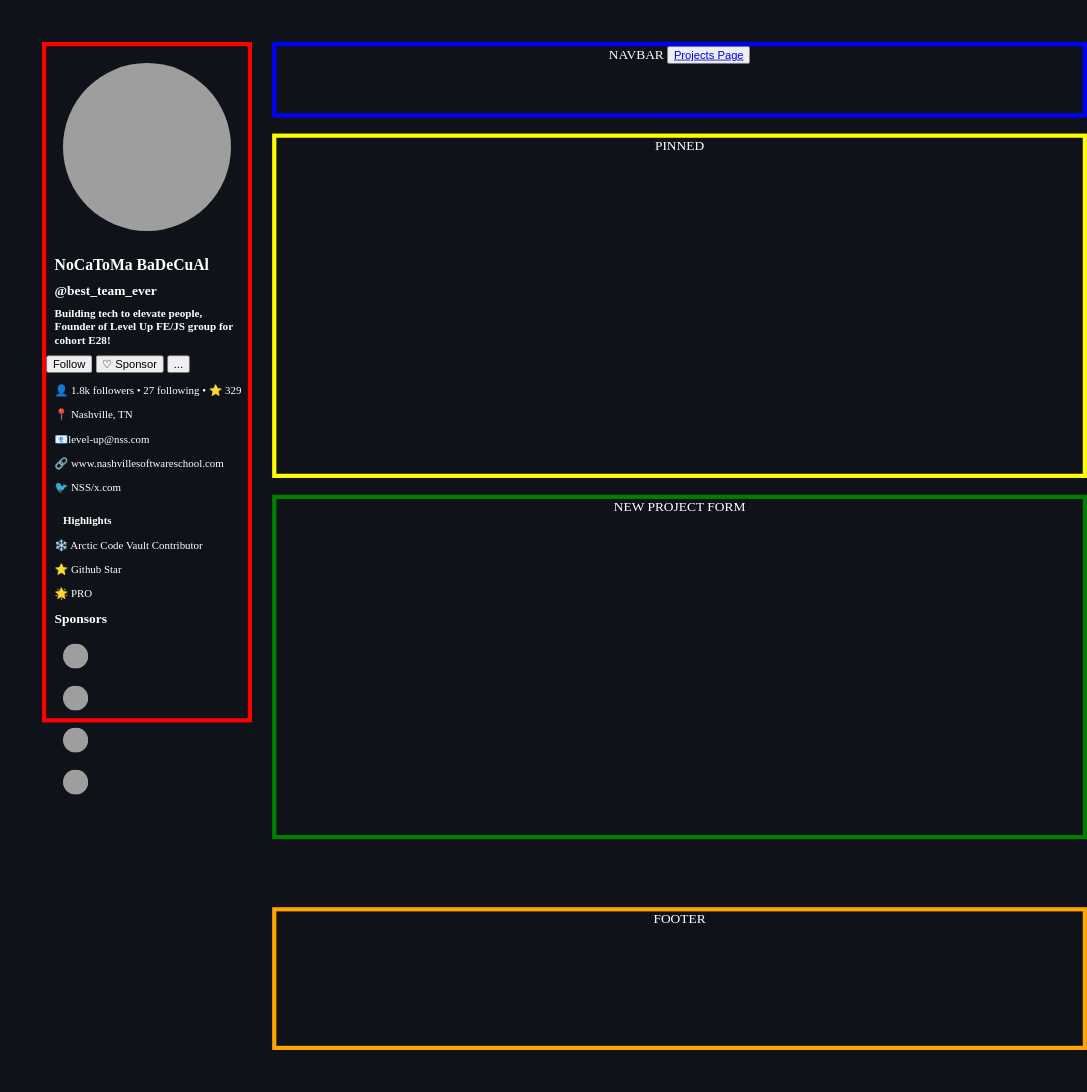
Repository: nss-evening-cohort-28/nss-evening-cohort-28-classroom-gitsub-Q1-project-gitsub
Page: index.html
An editor plug-in stored every save of this project. The page is shown before and after the next save, followed by the edit.
The browser window is 1280 px wide. The page is 1294 px wide, so the pictures cover 1294 px, including what lies to the right of the window. The pictures show the whole page, at 84% of full size.
Pictures or frames that could not be fetched are drawn as grey boxes.

Above is the page before, as saved 2024-08-07 20:57:59.

### index.html
<!DOCTYPE html>
<html lang="en">
<head>
    <meta charset="UTF-8">
    <meta name="viewport" content="width=device-width, initial-scale=1.0">
    <link rel="stylesheet" href="main.css">
    <title>Document</title>
</head>
<body>
    <div class="flexContainer">
        <div class="profile">
          <div class="top-section">
            <img src="https://media.tenor.com/GliBTZeL1kQAAAAM/%D0%BC%D0%BE%D0%B9-%D0%B4%D0%B5%D0%B4.gif" class="card-img-top" >
            <div class="profile-info">
            <h3>NoCaToMa BaDeCuAl</h3>
            <h4>@best_team_ever</h4>
            <h5>Building tech to elevate people, Founder of Level Up FE/JS group for cohort E28!</h5>
            </div>
            <div class="profile-section-buttons">
              <div class="d-grid gap-2 d-md-block">
                <button class="btn btn-primary" type="button">Follow</button>
                <button class="btn btn-primary" type="button">♡ Sponsor</button>
                <button class="btn btn-primary" type="button">...</button>
              </div>
            </div>
            <div class="profile-body">
              <p>👤 1.8k followers • 27 following • ⭐️ 329</p>
              <p>📍 Nashville, TN</p>
              <p>📧level-up@nss.com</p>
              <p>🔗 www.nashvillesoftwareschool.com</p>
              <p>🐦 NSS/x.com</p>
            </div>
          </div>
          <div class="middle-section">
            <h4>Highlights</h4>
            <p>❄️ Arctic Code Vault Contributor</p>
            <p>⭐️ Github Star</p>
            <p>🌟 PRO</p>
          </div>
          <div class="bottom-section">
            <h4>Sponsors</h4>
            <img src="https://avatars.githubusercontent.com/u/31261276?s=100&v=4" class="sponsor-pic">
            <img src="https://avatars.githubusercontent.com/u/137121714?s=100&v=4" class="sponsor-pic">
            <img src="https://avatars.githubusercontent.com/u/173638175?s=100&v=4" class="sponsor-pic">
            <img src="https://avatars.githubusercontent.com/u/107224963?s=100&v=4" class="sponsor-pic">
          </div>
        </div>
        <div class="flexContainer">
            <div class="navBar">NAVBAR
              <button><a href="projects.html">
                Projects Page
              </a></button>
            </div>
            <div class="pinned">PINNED</div>
            <div class="newProject">NEW PROJECT FORM</div>
            <div class="footer">FOOTER</div>
        </div>
    </div>
    <script src="main.js"></script>
</body>
</html>

### main.css
body {
    background-color: #0F1218;
    text-align: center;
    margin: 50px;
    width: 1200px;
    color: white;
}

.flexContainer {
    display: flex;
    flex-wrap: wrap;
    flex-direction: column;
    max-width: 75rem;
    height: 75rem;
    gap: 2%;
}

.profile {
    border: 5px solid red;
    width: 15rem;
    height: 50rem;
    text-align: left;

}

.navBar {
    border: 5px solid blue;
    width: 60rem;
    height: 5rem;
}

.pinned {
    border: 5px solid yellow;
    width: 60rem;
    height: 25rem;
    margin-top: 2%;
}

.newProject {
    border: 5px solid green;
    width: 60rem;
    height: 25rem;
    margin-top: 2%;
}

.footer {
    border: 5px solid orange;
    width: 60rem;
    height: 10rem;
    margin-top: auto;
    align-self: flex-end;
}

#footerContainer {
    display: flex;
    align-self: flex-end;

}

/* Noah Styling: Profile Section Start*/
h3, h4, h5 {
    margin: 10px;
}

.top-section {
    display: flex;
    flex-wrap: wrap;
    justify-content: flex-start;
    margin: 0px;
}

.card-img-top {
    display: flex;
    flex-wrap: wrap;
    justify-content: space-around;
    border-radius: 50%;
    height: 200px;
    width: 200px;
    margin: 20px;
  }

  .sponsor-pic {
    display: flex;
    flex-wrap: wrap;
    flex-direction: row;
    justify-content: space-around;
    border-radius: 50%;
    height: 30px;
    width: 30px;
    margin: 20px;
  }

  .profile-body {
    font-size: small;
    margin: 0px 0px 0px 10px;
    padding: 0px;
  }

  .middle-section {
    font-size: small;
    margin-left: 10px;
  }
/* Noah Styling: Profile Section End */

Loaded but not shown: main.js (no copy from this time; the picture is the same without it)

After the next save:
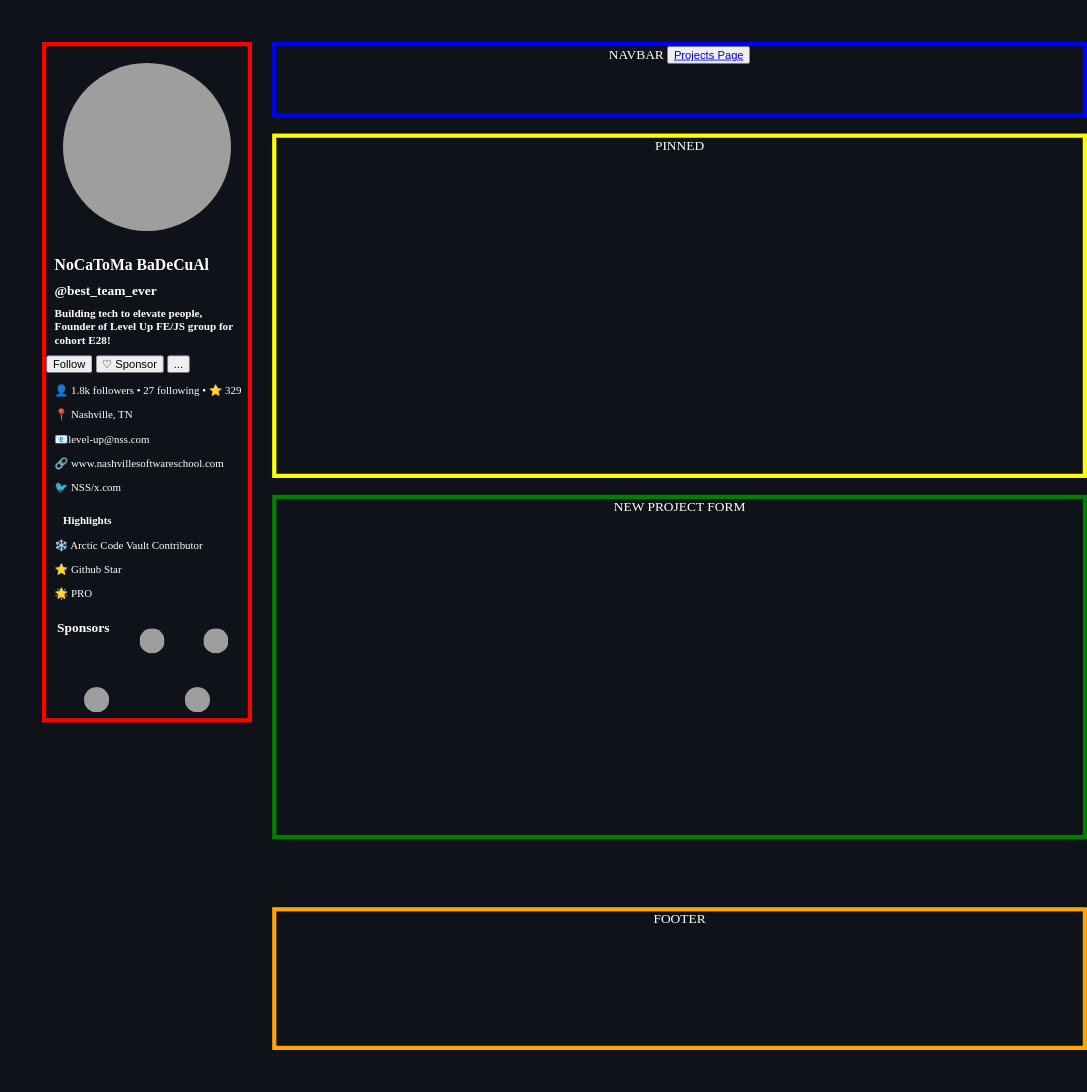
Saved 22 s later.
--- a/main.css
+++ b/main.css
@@ -79,6 +79,12 @@
     margin: 20px;
   }
 
+  .bottom-section {
+    display: flex;
+    flex-wrap: wrap;
+    flex-direction: row;
+    justify-content: space-around;
+  }
   .sponsor-pic {
     display: flex;
     flex-wrap: wrap;
